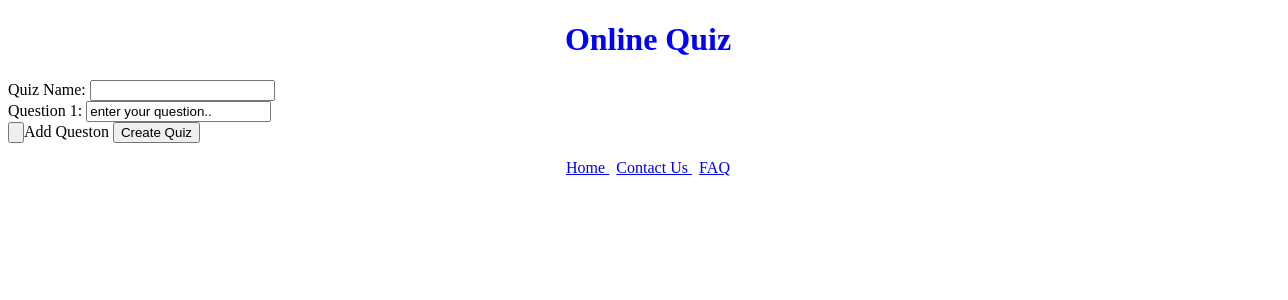
Repository: KaushikVeluruWorld/KaushikJava
Page: http://localhost/OnlineQuiz/newquiz.jsp
These files come from the project's save history. The page is drawn as it stood at one moment and after the next save; the edit follows.
The browser window is 1280 px wide. The page is 1288 px wide, so the pictures cover 1288 px, including what lies to the right of the window. The pictures show the whole page.
The page is served by Tomcat 9. Other server files are loaded and not shown.

Above is the page before, as saved 2015-03-05 11:12:46.

### Online Quiz Tool/OnlineQuiz/WebContent/newquiz.jsp
<%@ page language="java" contentType="text/html; charset=ISO-8859-1"
    pageEncoding="ISO-8859-1"%>
<!DOCTYPE html PUBLIC "-//W3C//DTD HTML 4.01 Transitional//EN" "http://www.w3.org/TR/html4/loose.dtd">
<html>
<head>
<meta http-equiv="Content-Type" content="text/html; charset=ISO-8859-1">
<title>Create New Quiz</title>
<script>

</script>
</head>
<body>

<jsp:include page="header.jsp"></jsp:include>
<form action="viewQuiz.jsp" method="GET">
Quiz Name: <input name="quizname" type="text"></input> <br/>
Question 1: <input type="text" name="qn1" value="enter your question.."/><br/>

<input type="button" name="addQnButton" onclick="addQuestion()">Add Queston</input>

<input type="submit" value="Create Quiz">
</form>

<jsp:include page="footer.jsp"></jsp:include>
</body>
</html>

### Online Quiz Tool/OnlineQuiz/WebContent/header.jsp
<%@ page language="java" contentType="text/html; charset=ISO-8859-1"
    pageEncoding="ISO-8859-1"%>
<!DOCTYPE html PUBLIC "-//W3C//DTD HTML 4.01 Transitional//EN" "http://www.w3.org/TR/html4/loose.dtd">
<html>
<head>
<meta http-equiv="Content-Type" content="text/html; charset=ISO-8859-1">
<title>Header</title>
</head>

<body style="height: 25px%; width: 100%;">

<h1 align="center" style="color: blue"><b>Online Quiz</b></h1>

</body>
</html>

### Online Quiz Tool/OnlineQuiz/WebContent/footer.jsp
<%@ page language="java" contentType="text/html; charset=ISO-8859-1"
    pageEncoding="ISO-8859-1"%>
<!DOCTYPE html PUBLIC "-//W3C//DTD HTML 4.01 Transitional//EN" "http://www.w3.org/TR/html4/loose.dtd">
<html>
<head>
<meta http-equiv="Content-Type" content="text/html; charset=ISO-8859-1">
<title>Footer</title>
</head>

<body  style="height: 50px; width: 100%;">

<p align="center" style="color: white" >

<a style="" href="home.jsp">Home </a> |
<a href="ContactUs.html">Contact Us </a> |
<a href="FAQ.html">FAQ </a>
</p>

</body>
</html>

After the next save:
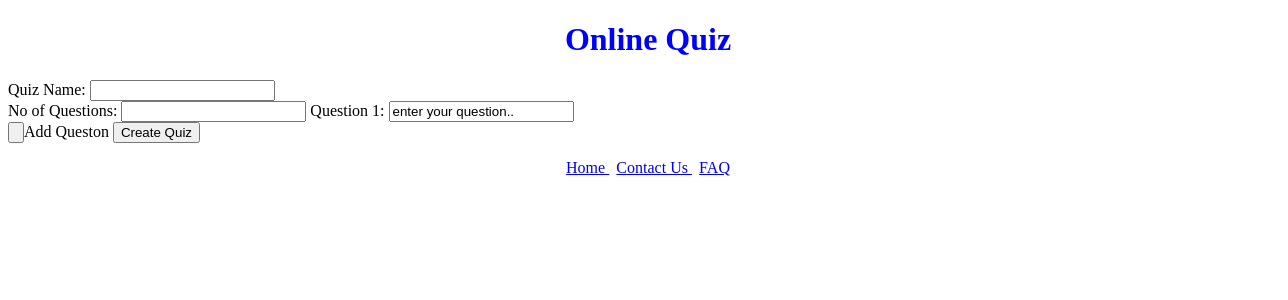
Saved 65 s later.
--- a/Online Quiz Tool/OnlineQuiz/WebContent/newquiz.jsp
+++ b/Online Quiz Tool/OnlineQuiz/WebContent/newquiz.jsp
@@ -14,6 +14,8 @@
 <jsp:include page="header.jsp"></jsp:include>
 <form action="viewQuiz.jsp" method="GET">
 Quiz Name: <input name="quizname" type="text"></input> <br/>
+No of Questions: <input name="QuizSize" type="text"></input>
+
 Question 1: <input type="text" name="qn1" value="enter your question.."/><br/>
 
 <input type="button" name="addQnButton" onclick="addQuestion()">Add Queston</input>
